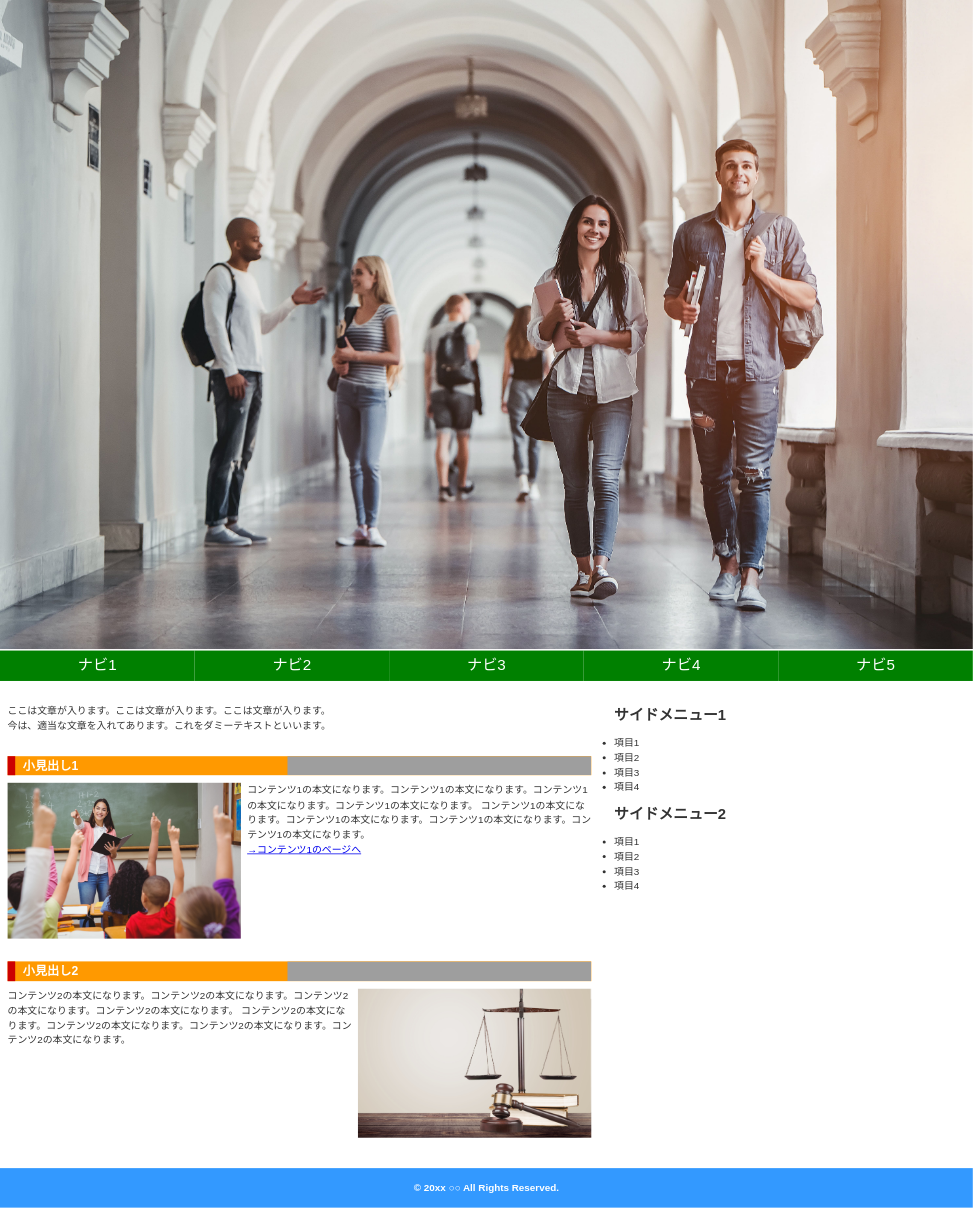
Repository: Masaaki-Oomori1010/samurai_HTML-CSS
Page: home.html
The author's editor kept a record of every edit. The page is drawn from the files as they stood at one moment, then again after the next edit.
The browser window is 1280 px wide. The pictures show the whole page, at 76% of full size.
Pictures or frames that could not be fetched are drawn as grey boxes.

Above is the page before.

After the next edit:
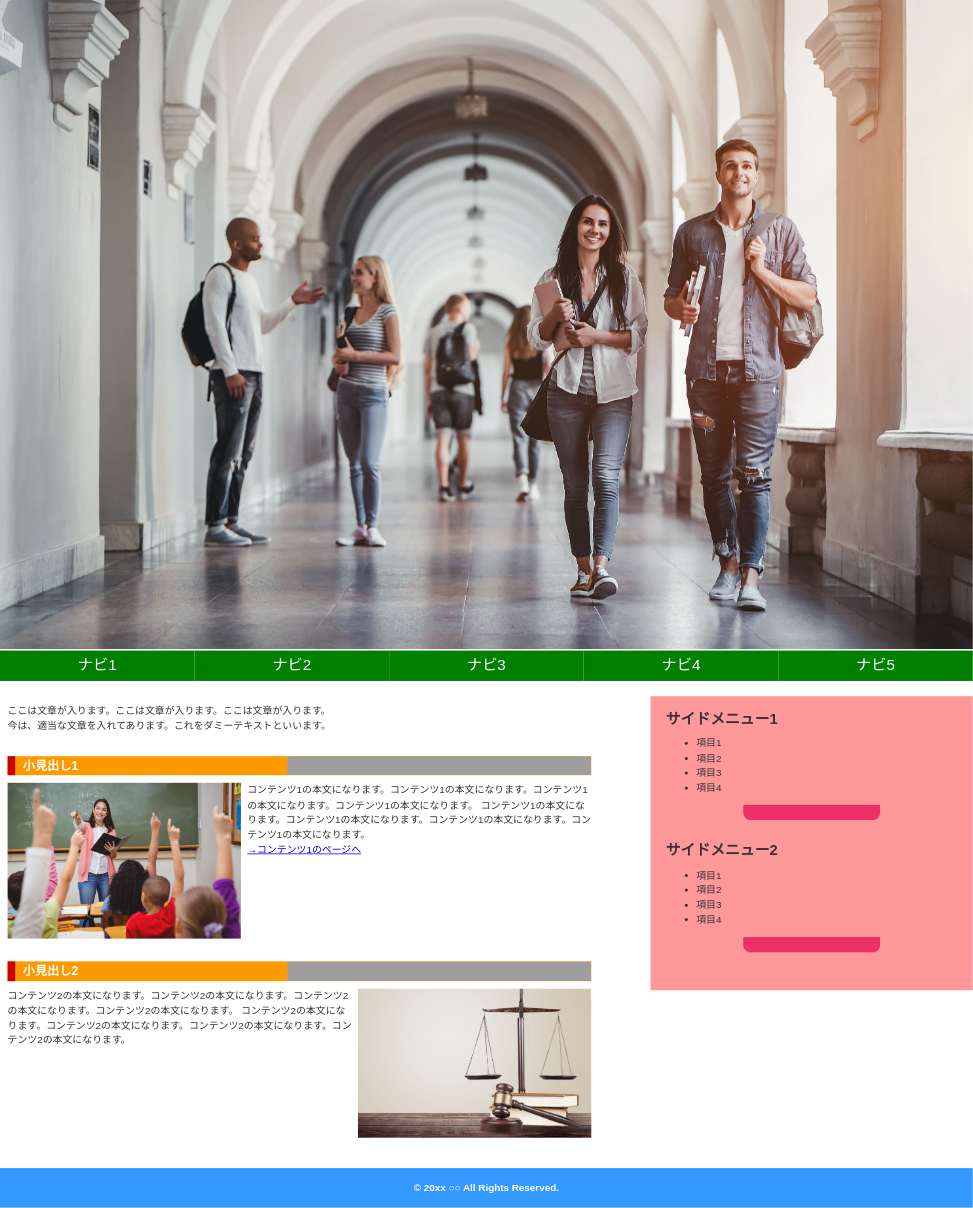
The edit:
--- a/stylesheet.css
+++ b/stylesheet.css
@@ -125,3 +125,42 @@
 	 display: block;
 	 clear: both;
  }
+
+ /* -------------------- side -------------------- */
+ #side {
+ 	 float: right;
+ 	 width: 30%;
+ 	 padding: 20px;
+ 	 background-color: #F99;
+ }
+ #side .box {
+ 	 margin: 0 auto 30px auto;
+ 	 padding: 0 0 20px 0;
+ 	 background: url(images/side_box.png) bottom no-repeat;
+ }
+ #side .box h2 {
+ 	 margin: 0;
++ 	 padding: 8px;
++ 	 text-align: center;
++ 	 color: #fff;
++ 	 font-size: 16px;
++ 	 line-height: 16px;
++ 	 font-weight: normal;
++ 	 background: url(images/side_box_h2.png) center no-repeat;
++ }
++ #side .box .boxBody {
++ 	 padding: 8px;
++ 	 border-right: solid 1px #C36;
++ 	 border-bottom: solid 1px #C36;
++ 	 border-left: solid 1px #C36;
++ 	 background: #fff;
++ }
++ #side .box .boxBody ul {
++ 	 margin: 0 0 16px 0;
++ 	 padding: 0;
++ }
++ #side .box .boxBody ul li {
++ 	 padding: 8px 0 8px 4px;
++ 	 list-style: none;
++ 	 border-bottom: solid 1px #C36;
++ }
